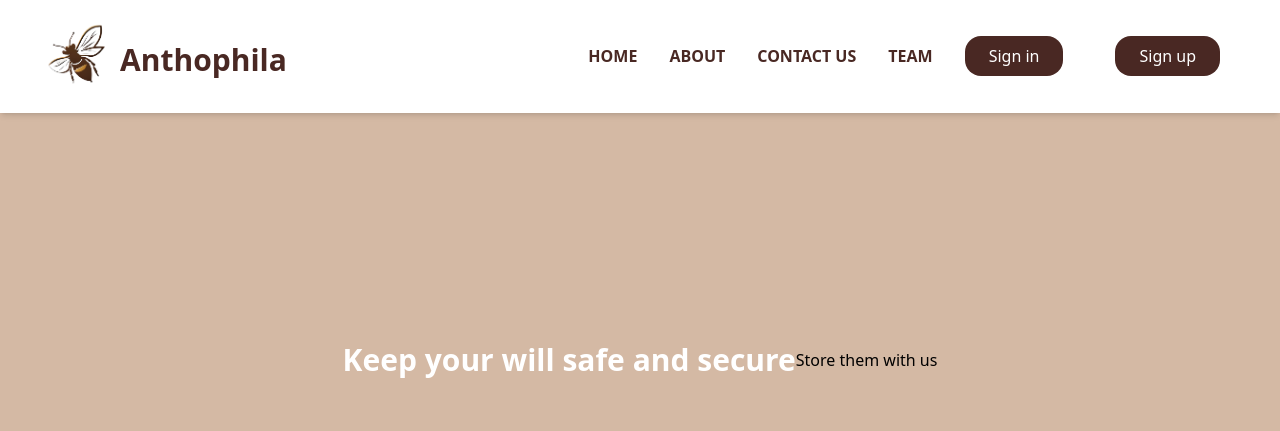
Repository: marcusdashe/anthophila
Page: /
These files come from the project's save history. The page is drawn as it stood at one moment and after the next save; the edit follows.
The browser window is 1280 px wide. The pictures show the whole page.
The project was rebuilt for these pictures with package versions that can differ from the ones it lists, and the page was loaded fresh each time. The framework's server and built-in components were replaced by stand-ins that run in the browser. Also part of the build but not shown: next.config.js, styles/Home.module.css.

Above is the page before, as saved 2023-02-26 16:44:31.

### pages/index.js
import Head from 'next/head'
import Image from 'next/image'
import { Inter } from '@next/font/google'
import styles from '@/styles/Home.module.css'
import { Nav } from '@/components/Nav'
import Hero from '@/components/Hero'

const inter = Inter({ subsets: ['latin'] })

export default function Home() {
  return (
    <>
      <Head>
        <title>Anthophilia</title>
        <meta name="description" content="decentralized platform for storing will" />
        <meta name="viewport" content="width=device-width, initial-scale=1" />
        <link rel="icon" href="/favicon.ico" />
      </Head>
      <Nav />

      <main className="bg-[#D4B9A4] w-full h-screen">
      <Hero />

      </main>
    </>
  )
}

### components/Nav.jsx
import React, { useState } from 'react'
import Button from './Button'
import MenuIcon from '@mui/icons-material/Menu';
import CloseIcon from '@mui/icons-material/Close';

export const Nav = () => {
  let Links = [
    { name: "HOME", link: "/"},
    { name: "ABOUT", link: "/about"},
    { name: "CONTACT US", link: "/contact"},
    { name: "TEAM", link: "/team"},
  ]
  let [open, setOpen] = useState(false)

  return (
    <div className='shadow-md w-full fixed top-0 left-0'>
        <div className='md:flex items-center justify-between bg-white py-4 md:px-10 px-7'>
            <div className='font-bold text-2xl cursor-pointer flex items-center text-gray-80'>
            <img src="/assets/logo.png" alt="logo" className="object-scale-down h-50 w-20" />
                <span className='text-3xl text-[#492823] mr-1 pt-2'>
                    Anthophila
                </span>
            </div>
            <div onClick={()=> setOpen(!open)} className='text-3xl absolute right-8 top-6 cursor-pointer md:hidden '>
              {open ? <CloseIcon fontSize='large'/> : <MenuIcon fontSize='large'/>}

            </div>
            <ul className={`md:flex md:items-center md:pb-0 pb-12 absolute md:static bg-white md:z-auto z-[-1] left-0 w-full md:w-auto md:pl-0 pl-9 transition-all duration-500 ease-in ${open ? 'top-20 opacity-100' : 'top-[-490px]'} md:opacity-100 opacity-0`}>
              { Links.map((link, idx) => (
                <li key={link.name} className='md:ml-8 text-md font-bold md:my-0 my-7'>
                    <a href={link.link} key={idx} className="text-[#492823] hover:text-[#F5F1F3] duration-500">{link.name}</a>
                </li>
              ))}
              <Button>Sign in</Button>
              <Button>Sign up</Button>
            </ul>
        </div>
    </div>
  )
}

### components/Hero.jsx
import React from 'react'

const Hero = () => {
  return (<>

            <header className="h-screen flex justify-center items-center">
                    <div className="max-w-7xl mx-auto px-4 sm:px-6 lg:px-8 flex items-center">
                        <h1 className="text-3xl font-bold text-white">Keep your will safe and secure</h1>
                        <p className='align-center'>Store them with us</p>
                    </div>
            </header>
        </>

  )
}

export default Hero

### components/Button.jsx
import React from 'react'

const Button = (props) => {
  return (
    <button className='bg-[#492823] w-150 mr-5 text-white py-2 px-6 rounded-2xl md:ml-8 hover:bg-[#F5F1F3] hover:text-[#492823] duration-500'>
        {props.children}
    </button>
  )
}

export default Button

### tailwind.config.js
/** @type {import('tailwindcss').Config} */

module.exports = {
  content: [
    "./app/**/*.{js,ts,jsx,tsx}",
    "./pages/**/*.{js,ts,jsx,tsx}",
    "./components/**/*.{js,ts,jsx,tsx}",
  ],
  theme: {
    extend: {},
  },
  plugins: [],
}

Loaded but not shown: pages/_app.js (common file); pages/_document.js (common file); pages/api/hello.js (common file); styles/globals.css (common file)

After the next save:
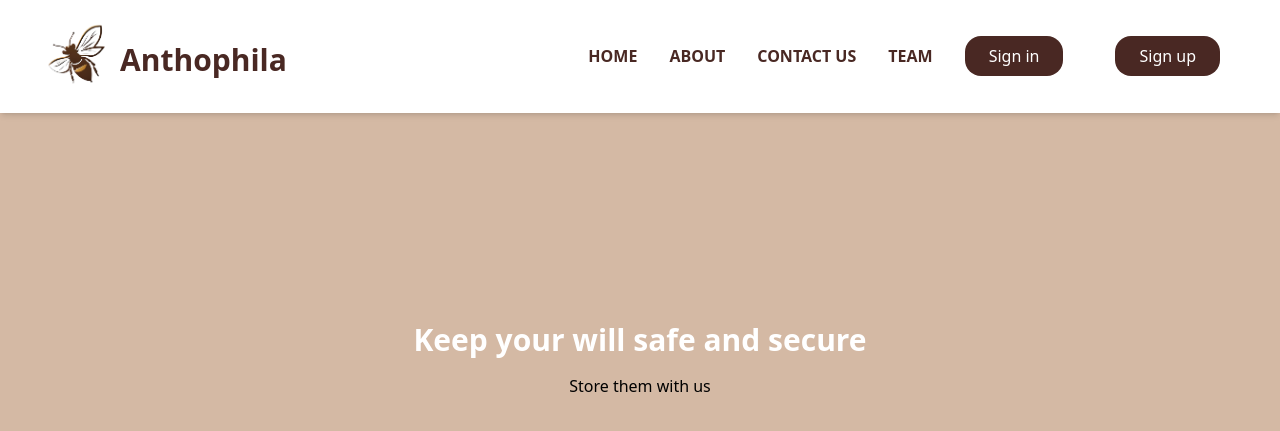
Saved 2 min 27 s later.
--- a/components/Hero.jsx
+++ b/components/Hero.jsx
@@ -4,10 +4,10 @@ const Hero = () => {
   return (<>
 
             <header className="h-screen flex justify-center items-center">
-                    <div className="max-w-7xl mx-auto px-4 sm:px-6 lg:px-8 flex items-center">
-                        <h1 className="text-3xl font-bold text-white">Keep your will safe and secure</h1>
-                        <p className='align-center'>Store them with us</p>
-                    </div>
+            <div className="max-w-7xl mx-auto px-4 sm:px-6 lg:px-8 flex flex-col items-center justify-center h-screen">
+                <h1 className="text-3xl font-bold text-white text-center mb-4">Keep your will safe and secure</h1>
+                <p className='text-center'>Store them with us</p>
+            </div>
             </header>
         </>
 
